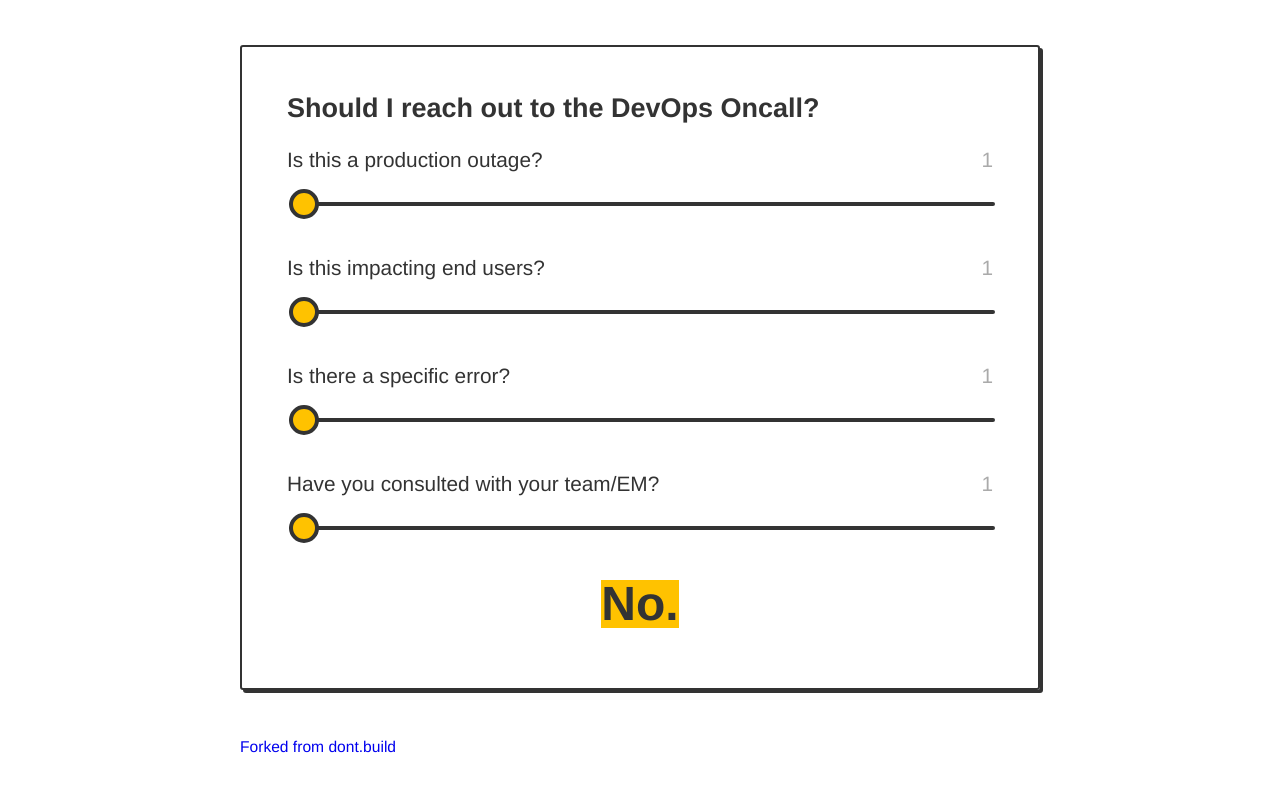
Repository: harishbsrinivas/dont.call
Page: index.html
These files come from the project's save history. The page is drawn as it stood at one moment and after the next save; the edit follows.
The browser window is 1280 px wide. The pictures show the whole page.

Above is the page before, as saved 2022-12-03 18:57:51.

### index.html
<!DOCTYPE html>
<html lang="en-US">

<head>
    <meta charset="utf-8" />
    <title>Should I reach out to the DevOps oncall?</title>
    <meta name="description"
        content="A simple, opinionated decision system to help decide whether to reach out to the Devops oncall?" />
    <link rel="shortcut icon" href="https://dont.build/favicon.png" />
    <meta property="og:image" content="https://dont.build/thumb.png">
    <meta name="viewport" content="width=device-width, initial-scale=1" />
    <link href="style.css?v=2" rel="stylesheet" type="text/css" />
</head>

<body>

    <div class="container">
        <section class="box">
            <h1 class="title">Should I reach out to the DevOps Oncall?</h1>
            <br />
            <form class="form">
                <fieldset class="p-outage">
                    <span class="value"></span>
                    <label>Is this a production outage?</label>
                    <input type="range" min="1" max="2" step="1" value="1" />
                </fieldset>
                <fieldset class="p-error">
                    <span class="value"></span>
                    <label>Is this impacting end users?</label>
                    <input type="range" min="1" max="3" step="1" value="1" />
                </fieldset>
                <fieldset class="p-ticket">
                    <span class="value"></span>
                    <label>Is there a specific error?</label>
                    <input type="range" min="1" max="2" step="1" value="1" />
                </fieldset>
                <fieldset class="p-peers">
                    <span class="value"></span>
                    <label>Have you consulted with your team/EM?</label>
                    <input type="range" min="1" max="2" step="1" value="1" />
                </fieldset>
            </form>
            <h1 class="answer">
                <span><span class="bool"></span><span class="percent"></span></span>
            </h1>
        </section>

        <noscript>
            <h1>This page requires Javascript to function.</h1>
        </noscript>

        <footer><a href="https://github.com/knadh/dont.build">Forked from dont.build</a>
        </footer>
    </div>


    <script>
        (function () {
            const params = [
                { weight: 0.8, value: 1, negative: false, name: 'p-outage', },
                { weight: 0.6, value: 1, negative: false, name: 'p-error', },
                { weight: 0.3, value: 1, negative: false, name: 'p-ticket', },
                { weight: 0.9, value: 1, negative: false, name: 'p-peers', },
            ]

            params.forEach((p, n) => {
                let net = 0;
                const inp = document.querySelector(`.${p.name} input`);

                inp.value = p.value;
                inp.oninput = (e) => {
                    const val = parseFloat(e.target.value, 64);
                    document.querySelector(`.${p.name} .value`).innerText = val;
                    p.value = val;

                    // Sum all weighted params.
                    const sum = params.reduce((prev, pm) => {
                        let v = pm.value;
                        if (pm.negative) {
                            v = 10 - v;
                        }

                        return prev + (v / 10 * pm.weight);
                    }, 0);

                    // Display the results.
                    // document.querySelector(".answer .percent").innerText = `${(sum * 100).toFixed(0)}%`;

                    let b = 'Yes';
                    if (sum < 0.5 && sum > 0.46) {
                        b = `No, but a close call.`;
                    } else if (sum < 0.48) {
                        b = `No.`;
                    } else if (sum > 0.5 && sum < 0.54) {
                        b = `Yes, but a close call.`;
                    } else if (sum === 0.5) {
                        b = '50-50. Go with the gut.';
                    }
                    document.querySelector(".answer .bool").innerText = b;
                };

                inp.dispatchEvent(new Event('input'));
            });
        })();
    </script>

</body>

</html>

### style.css
:root {
    --primary: #ffc200;
    --secondary: #333;
}

* {
    box-sizing: border-box;
}

html, body {
    margin: 0;
}

body {
    font-family: 'Helvetica Neue', 'Segoe UI', Arial, sans-serif;
    font-size: 18px;
    line-height: 24px;
    color: var(--secondary);
    height: 100%;
    margin: 0;
    padding: 0;
}

h1, h2, h3 {
  line-height: 2rem;
}

a {
    text-decoration: none;
}

p {
  color: #666;
}

fieldset {
  padding: 0;
  margin: 0;
  border: 0;
}

input[type="range"] {
  -webkit-appearance: none;
  width: 100%;
  height: 4px;
  background: var(--secondary);
  border-radius: 3px;
}

input[type="range"]::-webkit-slider-thumb {
  -webkit-appearance: none;
  background: var(--primary);
  height: 30px;
  width: 30px;
  border-radius: 50%;
  cursor: pointer;
  border: 4px solid var(--secondary);
}

input[type="range"]::-moz-range-thumb {
  background: var(--primary);
  border-radius: 100%;
  height: 20px;
  width: 20px;
  cursor: pointer;
  border: 4px solid var(--secondary);
}

input[type=range]::-webkit-slider-runnable-track  {
  -webkit-appearance: none;
  box-shadow: none;
  border: none;
  background: transparent;
}


button {
    background: var(--primary);
    cursor: pointer;
    border-color: #000;
    padding: 10px 30px;
}
    button:hover {
        background: #aaa;
    }

.container {
    max-width: 800px;
    margin: 45px auto 30px auto;
}
.box {
    padding: 30px 45px;
    border: 1px solid #ddd;
    border-radius: 3px;
    border: 2px solid var(--secondary);
    box-shadow: 3px 3px 0px var(--secondary);
    margin-bottom: 45px;
}

.container .title {
  margin: 15px 0 0px 0;
}

.help {
  margin-top: 5px;
}

.form {
  clear: both;
}
.form fieldset {
  font-size: 1.3rem;
  margin-bottom: 45px;
}
  .form label {
    display: block;
    margin-bottom: 15px;
  }
  .form .value, .help {
    float: right;
    color: #aaa;
  }

.answer {
  text-align: center;
  margin: 30px 0;
  font-size: 3rem;
  line-height: 3rem;
}
  .answer span {
    display: inline-block;
    background: var(--primary);
  }

footer {
  margin: 30px auto;
  color: #999;
  font-size: 0.975rem;
}

@media (max-width: 800px) {
  .container {
    max-width: none;
    margin: 20px 30px 20px 20px;
    padding: 0;
  }
  .box {
    padding: 0;
    border: 0;
    box-shadow: none;
  }
  .help {
    float: none;
  }
  .form label {
    float: left;
    max-width: 90%;
  }
}


@media (max-width: 400px) {
  .form label {
    max-width: 70%;
  }
}

After the next save:
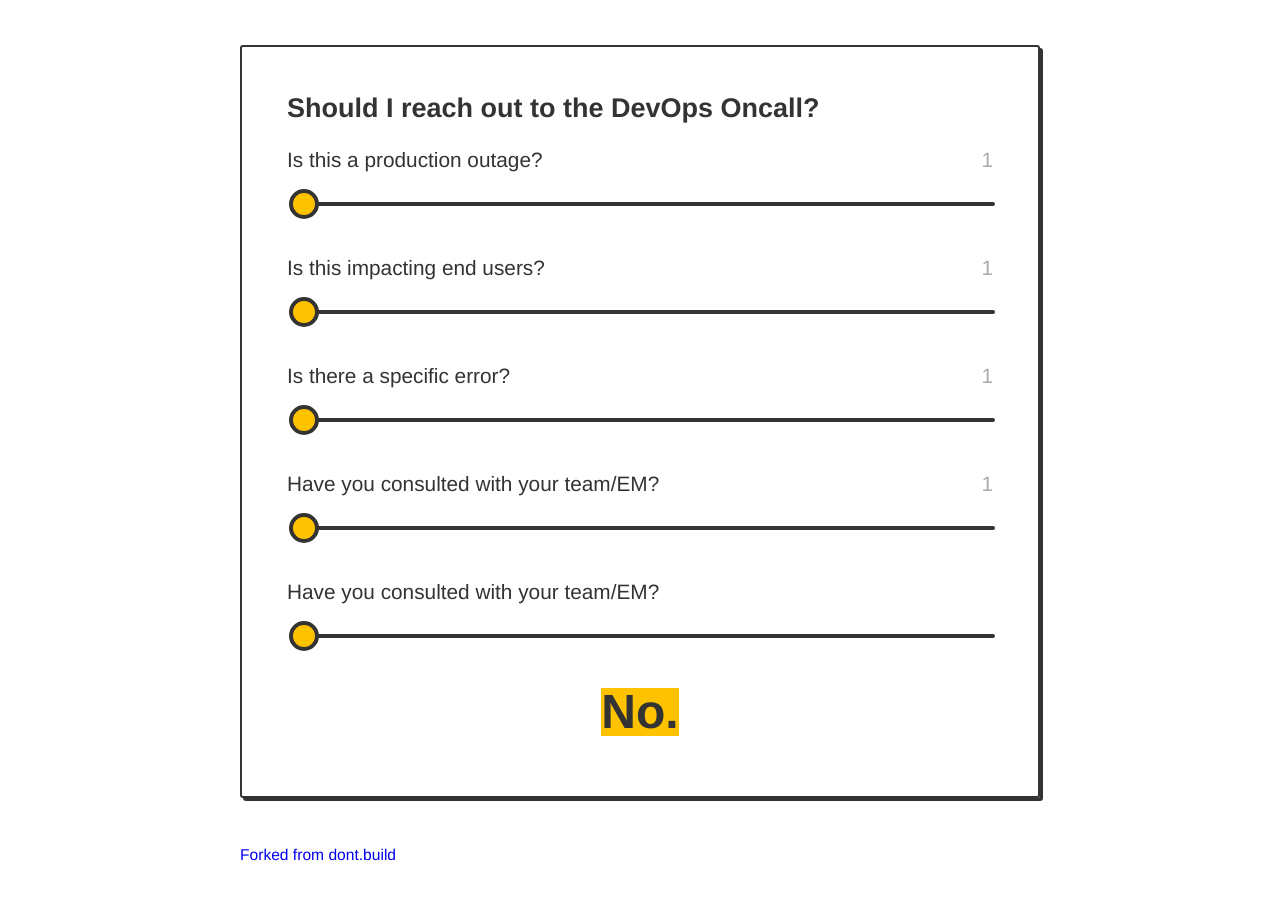
Saved 81 s later.
--- a/index.html
+++ b/index.html
@@ -32,6 +32,11 @@
                 <fieldset class="p-ticket">
                     <span class="value"></span>
                     <label>Is there a specific error?</label>
+                    <input type="range" min="1" max="2" step="1" value="1" />
+                </fieldset>
+                <fieldset class="p-peers">
+                    <span class="value"></span>
+                    <label>Have you consulted with your team/EM?</label>
                     <input type="range" min="1" max="2" step="1" value="1" />
                 </fieldset>
                 <fieldset class="p-peers">
